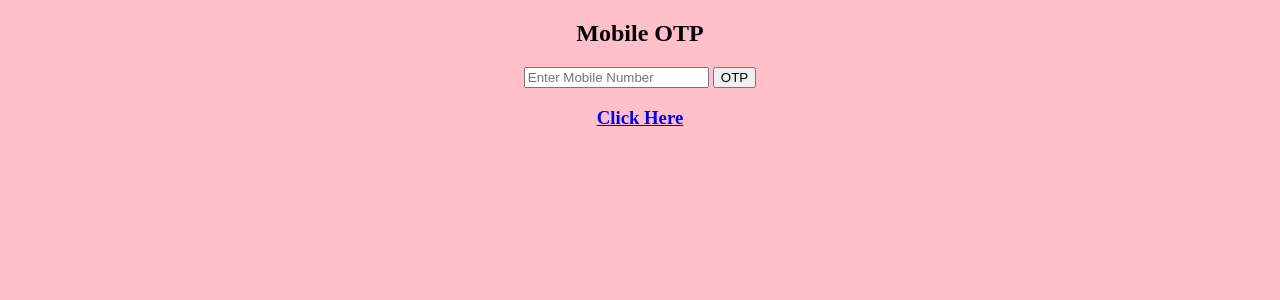
Repository: singhmohan333/springframework
Page: http://localhost/HelloWorld/
The author's editor kept a copy of each file at every save. The page is drawn from the files as they stood at one save, then again after the next save.
The browser window is 1280 px wide. The pictures show the whole page.
The page is served by Tomcat 9. Other server files are loaded and not shown.

Above is the page before, as saved 2018-01-24 16:39:27.

### HelloWorld/src/main/webapp/index.jsp
<!DOCTYPE html PUBLIC "-//W3C//DTD HTML 4.01 Transitional//EN" "http://www.w3.org/TR/html4/loose.dtd">
<html>
<head>
<meta http-equiv="Content-Type" content="text/html; charset=ISO-8859-1">
<title>Spring 4 MVC - HelloWorld Index Page</title>
</head>
<body bgcolor="pink" alink="red" vlink="blue">
<center>
		<h2>Mobile OTP</h2>
		<form action="helloworld">
		<input type="text" name="mobileNo" placeholder="Enter Mobile Number">
		<input type="submit" value="OTP">

		</form>
		<h3>
			<a href="hello/jh?name=">Click Here</a>
		</h3>

</center>
</body>
</html>

After the next save:
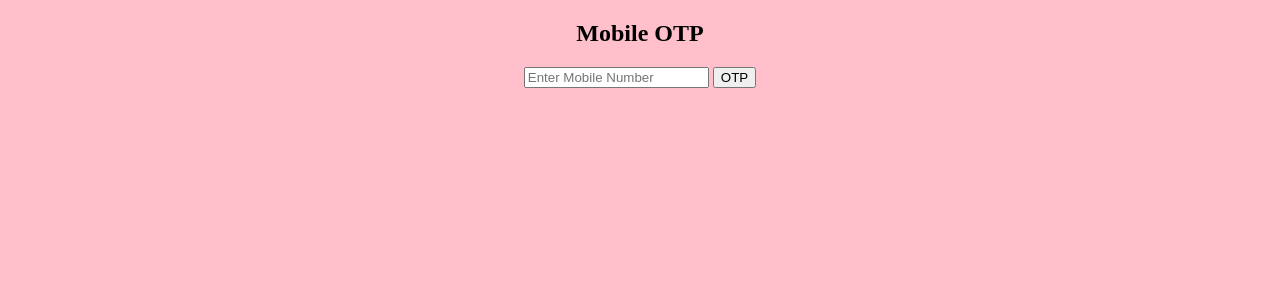
Saved 2 min 3 s later.
--- a/HelloWorld/src/main/webapp/index.jsp
+++ b/HelloWorld/src/main/webapp/index.jsp
@@ -12,9 +12,7 @@
 		<input type="submit" value="OTP">
 
 		</form>
-		<h3>
-			<a href="hello/jh?name=">Click Here</a>
-		</h3>
+
 
 </center>
 </body>
